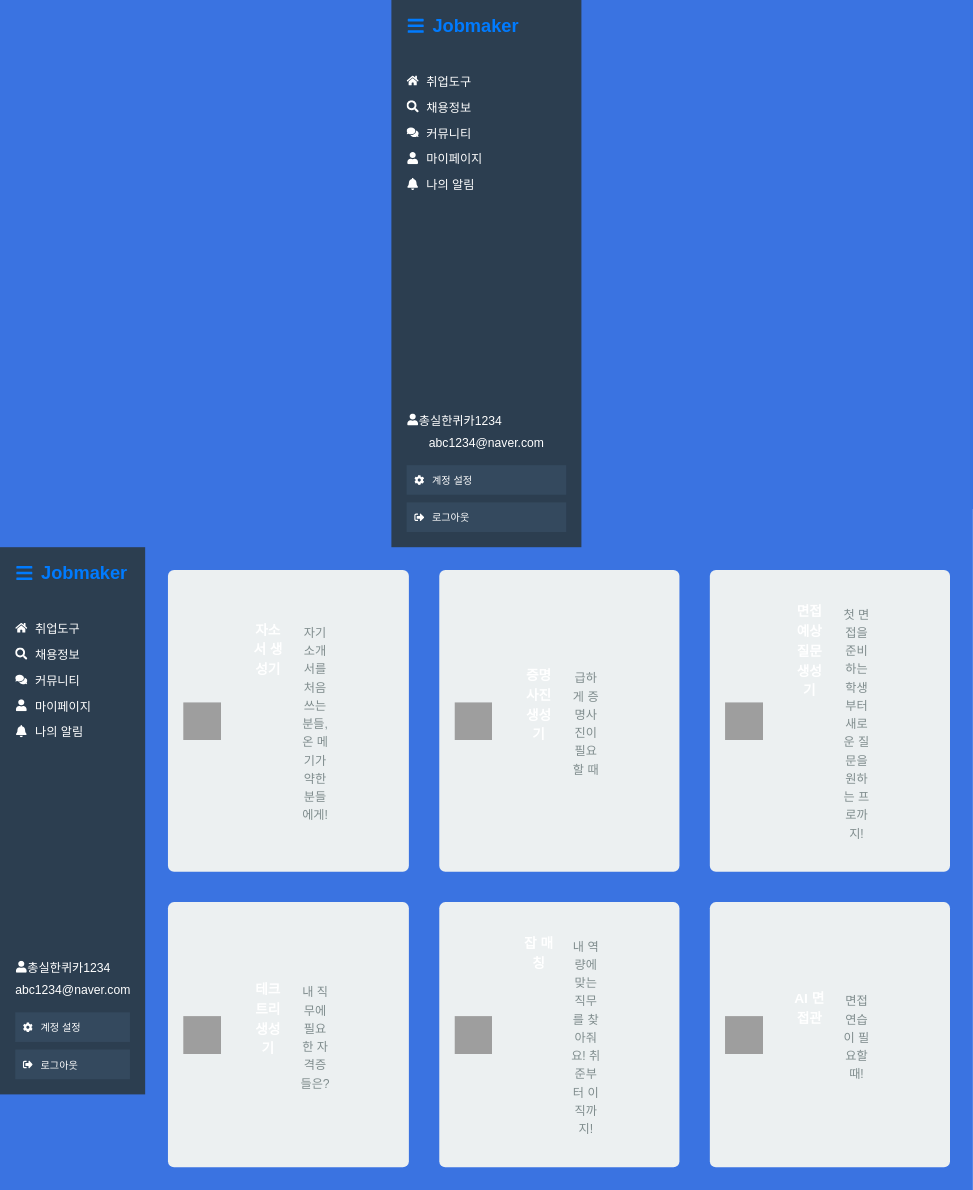
Repository: HSfac/jobmaker
Page: /main
The author's editor kept a copy of each file at every save. The page is drawn from the files as they stood at one save, then again after the next save.
The browser window is 1280 px wide. The pictures show the whole page, at 76% of full size.
Pictures or frames that could not be fetched are drawn as grey boxes. The project was rebuilt for these pictures with package versions that can differ from the ones it lists, and the page was loaded fresh each time. Also part of the build but not shown: src/components/AlertModal.css, src/components/AlertModal.jsx, src/components/Header.jsx, src/components/Footer.css, src/components/Footer.jsx, src/pages/LandingPage.jsx, src/pages/InfosPage.jsx, src/pages/CommunityPage.jsx and 1 more.

Above is the page before, as saved 2024-07-10 22:25:17.

### src/App.js
import React from 'react';
import { BrowserRouter as Router, Route, Routes } from 'react-router-dom';
import MainPage from './pages/MainPage';
import LandingPage from './pages/LandingPage';
import InfosPage from './pages/InfosPage';
import CommunityPage from './pages/CommunityPage';
import MyPage from './pages/MyPage';
import Header from './components/Header';
import Footer from './components/Footer';
import Sidebar from './components/Sidebar';
import './App.css';

function App() {
  return (
    <Router>
      <div className="App">

        <div className="main-content">
          <Sidebar />
          <div className="page-content">
            <Routes>
              <Route path="/" element={<LandingPage />} />
              <Route path="/main" element={<MainPage />} />
              <Route path="/infos" element={<InfosPage />} />
              <Route path="/community" element={<CommunityPage />} />
              <Route path="/mypage" element={<MyPage />} />
            </Routes>
          </div>
        </div>

      </div>
    </Router>
  );
}

export default App;

### src/pages/MainPage.jsx
import React from 'react';
import Sidebar from '../components/Sidebar';
import ToolCard from '../components/ToolCard';
import './MainPage.css';

const tools = [
  {
    title: "자소서 생성기",
    description: "자기소개서를 처음 쓰는 분들, 온 메기가 약한 분들에게!",
    image: "/images/icon1.png",
  },
  {
    title: "증명사진 생성기",
    description: "급하게 증명사진이 필요할 때",
    image: "/images/icon2.png",
  },
  {
    title: "면접예상질문 생성기",
    description: "첫 면접을 준비하는 학생부터 새로운 질문을 원하는 프로까지!",
    image: "/images/icon3.png",
  },
  {
    title: "테크트리 생성기",
    description: "내 직무에 필요한 자격증들은?",
    image: "/images/icon4.png",
  },
  {
    title: "잡 매칭",
    description: "내 역량에 맞는 직무를 찾아줘요! 취준부터 이직까지!",
    image: "/images/icon5.png",
  },
  {
    title: "AI 면접관",
    description: "면접 연습이 필요할 때!",
    image: "/images/icon6.png",
  },
];

const MainPage = () => {
  return (
    <div className="main-page">
      <Sidebar />
      <div className="content">
        {tools.map((tool, index) => (
          <ToolCard
            key={index}
            title={tool.title}
            description={tool.description}
            image={tool.image}
          />
        ))}
      </div>
    </div>
  );
};

export default MainPage;

### src/components/Sidebar.jsx
import React, { useState } from 'react';
import { FaHome, FaSearch, FaComments, FaUser, FaBell, FaCog, FaSignOutAlt, FaBars } from 'react-icons/fa';
import { Link } from 'react-router-dom';
import './Sidebar.css';
import AlertModal from './AlertModal';

const Sidebar = () => {
  const [isOpen, setIsOpen] = useState(true);
  const [isModalOpen, setIsModalOpen] = useState(false);

  const toggleSidebar = () => {
    setIsOpen(!isOpen);
  };

  const toggleModal = () => {
    setIsModalOpen(!isModalOpen);
  };

  return (
    <div className={`sidebar ${isOpen ? 'open' : 'closed'}`}>
      <div className="logo" onClick={toggleSidebar}>
        <FaBars />
        {isOpen && <span>Jobmaker</span>}
      </div>
      <ul className="menu">
        <li>
          <Link to="/main">
            <FaHome />
            {isOpen && <span>취업도구</span>}
          </Link>
        </li>
        <li>
          <Link to="/infos">
            <FaSearch />
            {isOpen && <span>채용정보</span>}
          </Link>
        </li>
        <li>
          <Link to="/community">
            <FaComments />
            {isOpen && <span>커뮤니티</span>}
          </Link>
        </li>
        <li>
          <Link to="/mypage">
            <FaUser />
            {isOpen && <span>마이페이지</span>}
          </Link>
        </li>
        <li onClick={toggleModal} style={{cursor: 'pointer'}}>
          <FaBell />
          {isOpen && <span>나의 알림</span>}
        </li>
      </ul>
      <div className="user-info">
        <div className="username">
          <FaUser />
          {isOpen && <span>총실한퀴카1234</span>}
        </div>
        {isOpen && <div className="email">abc1234@naver.com</div>}
        <div className="settings">
          <button className="settings-btn">
            <FaCog />
            {isOpen && <span>계정 설정</span>}
          </button>
          <button className="logout-btn">
            <FaSignOutAlt />
            {isOpen && <span>로그아웃</span>}
          </button>
        </div>
      </div>
      {isModalOpen && <AlertModal onClose={toggleModal} />}
    </div>
  );
};

export default Sidebar;

### src/App.css
.App {
  font-family: sans-serif;
  text-align: center;
  height: 100vh;
  display: flex;
  flex-direction: column;
}

.App > * {
  flex-shrink: 0;
}

### src/components/ToolCard.jsx
import React from 'react';
import './ToolCard.css';

const ToolCard = ({ title, description, image }) => {
  return (
    <div className="tool-card">
      <img src={image} alt={title} className="icon" />
      <div className="content">
        <h3>{title}</h3>
        <p>{description}</p>
      </div>
    </div>
  );
};

export default ToolCard;

### src/pages/MainPage.css
.main-page {
  display: flex;
}

.content {
  flex-grow: 1;
  padding: 20px;
  display: grid;
  grid-template-columns: repeat(3, 1fr);
  gap: 20px;
}

### src/pages/LandingPage.css
/* LandingPage.css */

@font-face {
  font-family: 'Pretendard';
  src: url('../assets/fonts/Pretendard-Regular.ttf') format('truetype');
  font-weight: 400;
}

@font-face {
  font-family: 'Pretendard';
  src: url('../assets/fonts/Pretendard-SemiBold.ttf') format('truetype');
  font-weight: 600;
}
:root {
  --bg-color: #f0f4ff;
  --text-color: #333;
  --primary-color: #3a73e1;
  --secondary-color: #fff;
  --question-bg-color: #4a90e2;
}

[data-theme="dark"] {
  --bg-color: #121212;
  --text-color: #e0e0e0;
  --primary-color: #bb86fc;
  --secondary-color: #333;
  --question-bg-color: #3700b3;
}

body {
  background-color: var(--bg-color);
  color: var(--text-color);
  margin: 0;
  padding: 0;
  font-family: 'Pretendard', sans-serif;
}

.landing-page {
  display: flex;
  flex-direction: column;
  min-height: 100vh;
}

.main-content {
  flex: 1;
  display: flex;
  flex-direction: column;
  align-items: center;
  background-color: var(--primary-color);
  color: var(--secondary-color);
}

.hero {
  display: flex;
  justify-content: space-between;
  align-items: center;
  max-width: 1200px;
  width: 100%;
  padding: 20px;
}

.hero-text {
  flex: 1;
  padding: 20px;
}

.hero-text h1 {
  font-size: 4em; /* Increased font size */
  font-family: 'Pretendard', sans-serif;
  font-weight: 600; /* SemiBold */
  margin-bottom: 20px;
}

.hero-text p {
  font-family: 'Pretendard', sans-serif;
  font-weight: 400; /* Regular */
}

.hero-text button.primary {
  background-color: var(--secondary-color);
  color: var(--primary-color);
  padding: 10px 20px;
  border: none;
  border-radius: 5px;
  font-size: 1.2em;
  cursor: pointer;
  transition: border-color 0.3s;
}

.hero-text button.primary:hover {
  border: 2px solid var(--primary-color);
}

.hero-images {
  flex: 1;
  display: flex;
  justify-content: center;
  align-items: center;
}

.hero-images img {
  max-width: 100%;
  height: auto;
}

.second-section {
  width: 100%;
  font-size: 1.5em;
  padding: 50px 20px;
  background-color: var(--bg-color);
  color: var(--text-color);
  text-align: center;
  position: relative;
  overflow: hidden;
  font-weight: 700; /* SemiBold */
}

.second-section h2 {
  color: var(--primary-color);
  font-size: 1.5em;
  font-weight: 700; /* SemiBold */
}

.sliding-images {
  display: flex;
  flex-direction: column;
  align-items: center;
  justify-content: center;
  height: 280px; /* Adjust as needed */
  position: relative;
}

.sliding-images img {
  width: 300%; /* Make the images smaller */
  position: absolute;
  animation-duration: 30s; /* Slow down the animation */
  animation-timing-function: linear;
  animation-iteration-count: infinite;
}

.sliding-images img:nth-child(1) {
  top: 0;
  left: -100%;
  animation-name: slide-in-left;
}

.sliding-images img:nth-child(2) {
  top: 50%;
  left: 100%;
  animation-name: slide-in-right;
}

@keyframes slide-in-left {
  0%, 100% {
    left: -100%;
  }
  50% {
    left: 100%;
  }
}

@keyframes slide-in-right {
  0%, 100% {
    left: 100%;
  }
  50% {
    left: -100%;
  }
}

.generators {
  display: flex;
  justify-content: space-around;
  flex-wrap: wrap;
}

.generator-card {
  background-color: var(--secondary-color);
  color: var(--primary-color);
  border-radius: 10px;
  padding: 20px;
  margin: 10px;
  width: 200px;
  cursor: pointer;
  transition: transform 0.2s;
}

.generator-card:hover {
  transform: scale(1.05);
}

.generator-card h3 {
  margin-top: 0;
}

.generator-card p {
  margin: 10px 0 0;
}

/* 기존 CSS 생략 */

.third-section {
  width: 100%;
  padding: 50px 20px;
  background-color: var(--bg-color);
  color: var(--text-color);
  text-align: center;
}

.third-section h2 {
  font-size: 2.2em;
  color: var(--primary-color);
  font-weight: 700; /* SemiBold */
}

.third-section h3 {
  font-size: 1em;
  font-weight: 600; /* SemiBold */
}

.example-container {
  display: flex;
  flex-wrap: wrap;
  justify-content: center;
  gap: 20px;
  margin-top: 20px;
  flex-direction: column; /* 세로로 배치 */
}

.example-image.left {
  align-self: flex-start;
  margin: 0 50px; /* 이미지 양옆 여백 설정 */
  animation: slide-left 5s infinite;
}

.example-image.center1 {
  align-self: center;
  margin: 0 50px; /* 이미지 양옆 여백 설정 */
}

.example-image.right {
  align-self: flex-end;
  margin: 0 50px; /* 이미지 양옆 여백 설정 */
  animation: slide-right 5s infinite;
}

.example-image.center2 {
  align-self: center;
  margin: 0 50px; /* 이미지 양옆 여백 설정 */
}

@keyframes slide-left {
  0% {
    transform: translateX(0);
  }
  50% {
    transform: translateX(-20px); /* 원하는 슬라이드 거리 설정 */
  }
  100% {
    transform: translateX(0);
  }
}

@keyframes slide-right {
  0% {
    transform: translateX(0);
  }
  50% {
    transform: translateX(20px); /* 원하는 슬라이드 거리 설정 */
  }
  100% {
    transform: translateX(0);
  }
}

/* 기존 CSS 생략 */




.fourth-section {
  width: 100%;
  padding: 50px 20px;
  background-color: var(--bg-color);
  color: var(--text-color);
  text-align: center;
}

.fourth-section h2 {
  font-size: 2.2em;
  color: var(--primary-color);
  font-weight: 700; /* SemiBold */
  margin-bottom: 10px;
}

.fourth-section h3 {
  font-size: 1.1em;
  font-weight: 700; /* SemiBold */
  margin-bottom: 30px;
}

.sliding-tags {
  overflow: hidden;
  white-space: nowrap;
  box-sizing: border-box;
}

.tags-wrapper {
  display: inline-block;
  animation: slide 45s linear infinite;
}

.tag {
  display: inline-block;
  background-color: var(--primary-color);
  color: var(--secondary-color);
  padding: 10px 20px;
  margin: 0 10px;
  border-radius: 20px;
}

@keyframes slide {
  0% {
    transform: translateX(100%);
  }
  100% {
    transform: translateX(-100%);
  }
}

.fifth-section {
  width: 100%;
  padding: 50px 20px;
  background-color: var(--bg-color);
  color: var(--text-color);
  text-align: center;
}

.fifth-section h2 {
  margin-top: 500px;
  font-size: 2.2em;
  font-weight: 700; /* SemiBold */
}

.fifth-section h3 {
  font-size: 1.1em;
  font-weight: 700; /* SemiBold */
  margin-top: 10px;
  margin-bottom: 30px;
}

.pricing-plans {
  display: flex;
  justify-content: center;
  gap: 25px;
  flex-wrap: wrap;
  margin-bottom: 200px;
}

.plan {
  background-color: var(--secondary-color);
  color: var(--primary-color);
  border-radius: 10px;
  padding: 20px;
  margin: 10px;
  width: 250px;
  text-align: center;
}

.plan h3 {
  margin-top: 0;
}

.plan ul {
  list-style: none;
  padding: 0;
}

.plan ul li {
  margin: 10px 0;
}

.plan button.primary {
  background-color: var(--secondary-color);
  color: var(--primary-color);
  padding: 10px 20px;
  border: 2px solid var(--primary-color);
  border-radius: 5px;
  font-size: 1.2em;
  cursor: pointer;
  transition: background-color 0.3s, color 0.3s;
}

.plan button.primary:hover {
  background-color: var(--primary-color);
  color: var(--secondary-color);
}

.footer {
  background-color: var(--primary-color);
  color: var(--secondary-color);
  padding: 20px;
  text-align: center;
  position: relative;
  bottom: 0;
  width: 100%;
  margin-top: auto;
}

### src/components/Header.css
.header {
  display: flex;
  justify-content: space-between;
  align-items: center;
  padding: 10px 20px;
  background-color: #f8f9fa;
  border-bottom: 1px solid #e0e0e0;
}

.logo {
  font-size: 24px;
  font-weight: bold;
  color: #007bff;
}

.nav-links a {
  margin-left: 10px;
  color: #333;
  text-decoration: none;
}

.nav-links a:hover {
  text-decoration: underline;
}

### src/components/Sidebar.css
.sidebar {
  width: 250px;
  height: 100vh;
  background-color: #2c3e50;
  color: white;
  padding: 20px;
  box-sizing: border-box;
  display: flex;
  flex-direction: column;
  justify-content: space-between;
  transition: width 0.3s;
}

.sidebar.closed {
  width: 80px;
}

.logo {
  font-size: 24px;
  font-weight: bold;
  margin-bottom: 20px;
  cursor: pointer;
  display: flex;
  align-items: center;
}

.logo span {
  margin-left: 10px;
}

.menu {
  list-style: none;
  padding: 0;
}

.menu li {
  margin: 10px 0;
  display: flex;
  align-items: center;
}

.menu li a {
  display: flex;
  align-items: center;
  color: white;
  text-decoration: none;
}

.menu li span {
  margin-left: 10px;
}

.user-info {
  margin-top: auto;
}

.username {
  display: flex;
  align-items: center;
  margin-bottom: 10px;
}

.email {
  margin-bottom: 10px;
}

.settings {
  display: flex;
  flex-direction: column;
}

.settings-btn, .logout-btn {
  display: flex;
  align-items: center;
  width: 100%;
  margin-top: 10px;
  padding: 10px;
  background-color: #34495e;
  color: white;
  border: none;
  cursor: pointer;
}

.settings-btn span, .logout-btn span {
  margin-left: 10px;
}

### src/components/ToolCard.css
.tool-card {
  background-color: #ecf0f1;
  border-radius: 8px;
  padding: 20px;
  margin: 10px;
  display: flex;
  align-items: center;
  cursor: pointer;
  transition: background-color 0.3s;
}

.tool-card:hover {
  background-color: #bdc3c7;
}

.icon {
  width: 50px;
  height: 50px;
  margin-right: 20px;
}

.content {
  flex-grow: 1;
}

h3 {
  margin: 0;
  font-size: 18px;
}

p {
  margin: 5px 0 0;
  color: #7f8c8d;
}

Loaded but not shown: public/index.html (common file); src/index.js (common file); src/index.css (common file); src/reportWebVitals.js (common file)

After the next save:
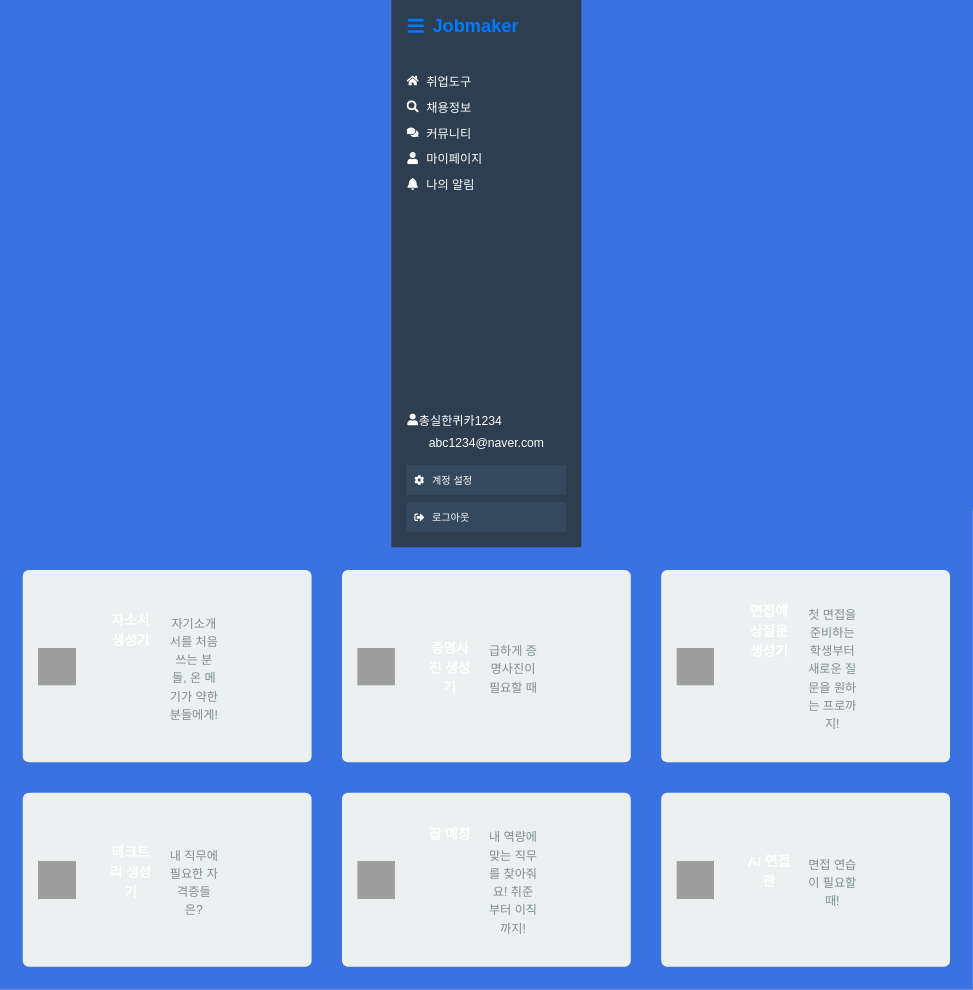
Saved 3 min 2 s later.
--- a/src/pages/MainPage.jsx
+++ b/src/pages/MainPage.jsx
@@ -1,5 +1,4 @@
 import React from 'react';
-import Sidebar from '../components/Sidebar';
 import ToolCard from '../components/ToolCard';
 import './MainPage.css';
 
@@ -39,7 +38,6 @@ const tools = [
 const MainPage = () => {
   return (
     <div className="main-page">
-      <Sidebar />
       <div className="content">
         {tools.map((tool, index) => (
           <ToolCard
